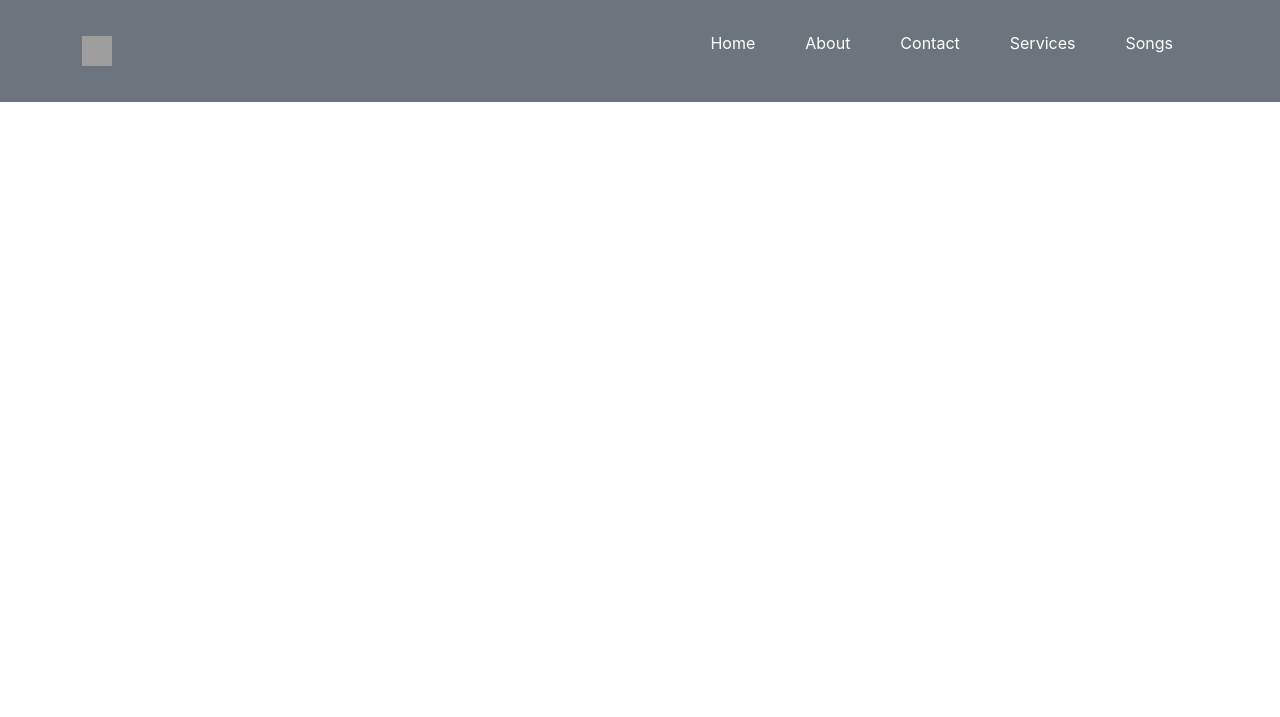
Repository: stephenkayade/cephas-musical
Page: / (app in cephas-musical/)
The author's editor kept a copy of each file at every save. The page is drawn from the files as they stood at one save, then again after the next save.
The browser window is 1280 px wide. The pictures show the whole page.
Pictures or frames that could not be fetched are drawn as grey boxes. The project was rebuilt for these pictures with package versions that can differ from the ones it lists, and the page was loaded fresh each time. A package was used in the major version that the imports need, not the one package.json lists. Also part of the build but not shown: cephas-musical/src/components/Master.jsx.

Above is the page before, as saved 2021-03-09 05:10:08.

After the next save:
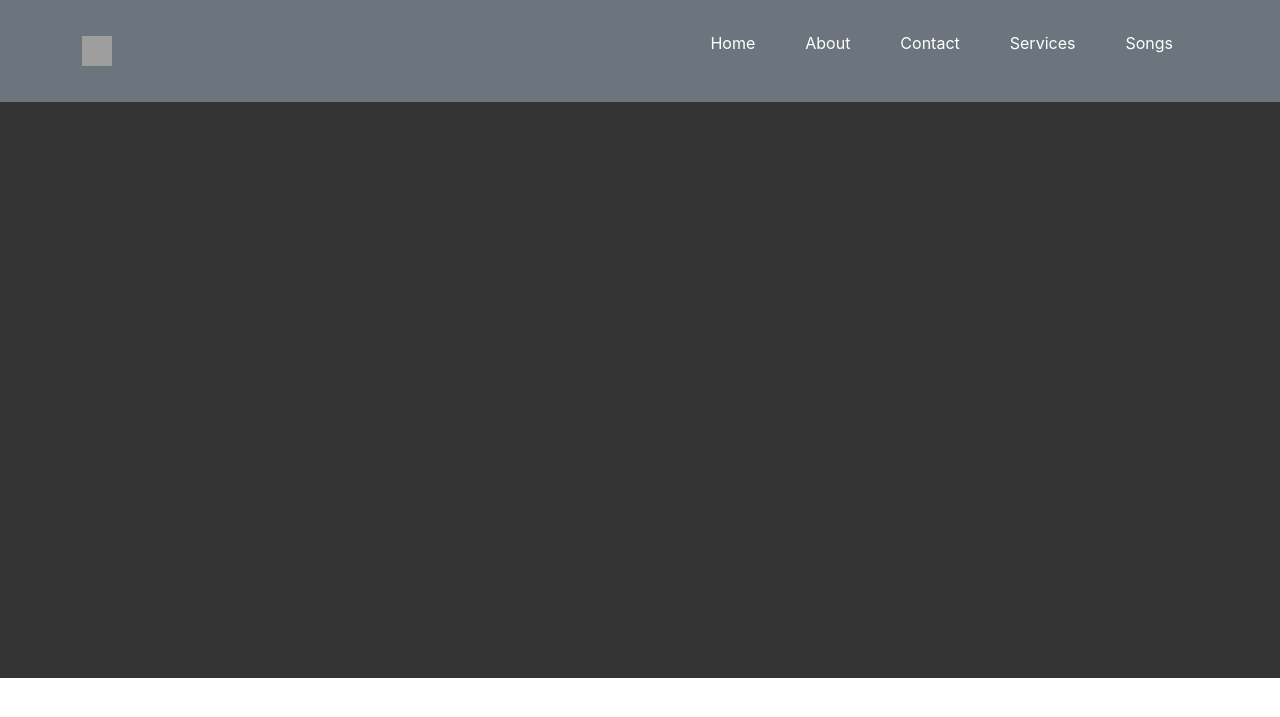
Saved 4 s later.
--- a/cephas-musical/public/css/custom.css
+++ b/cephas-musical/public/css/custom.css
@@ -21,7 +21,7 @@
 
 #showcase {
     height: 80vh;
-    background: ;
+    background: #333;
 }
 
 .logo-img {

After the save that followed:
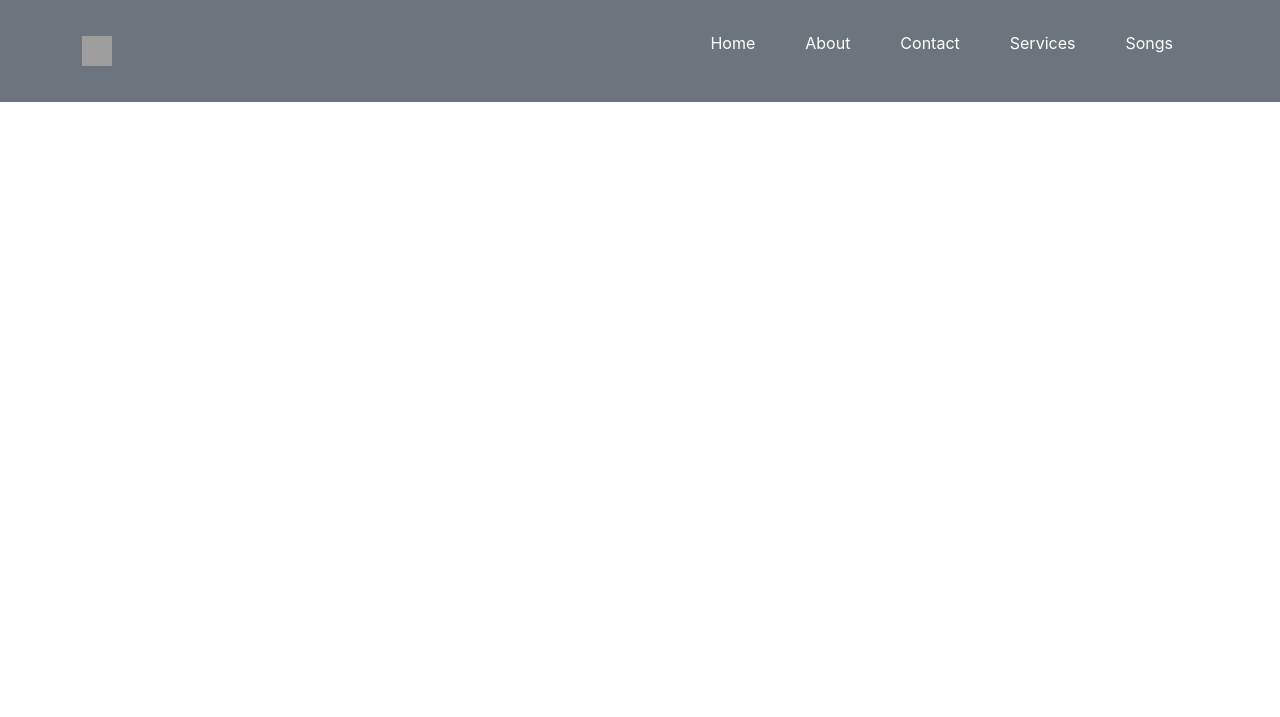
Saved 11 min 48 s later.
--- a/cephas-musical/src/components/partials/Nav.jsx
+++ b/cephas-musical/src/components/partials/Nav.jsx
@@ -45,9 +45,7 @@ const Nav = () => {
                     </ul>
                 </div>
             </div>
-            <section id="showcase" className="d-flex">
 
-            </section>
         </>
     );
 };
